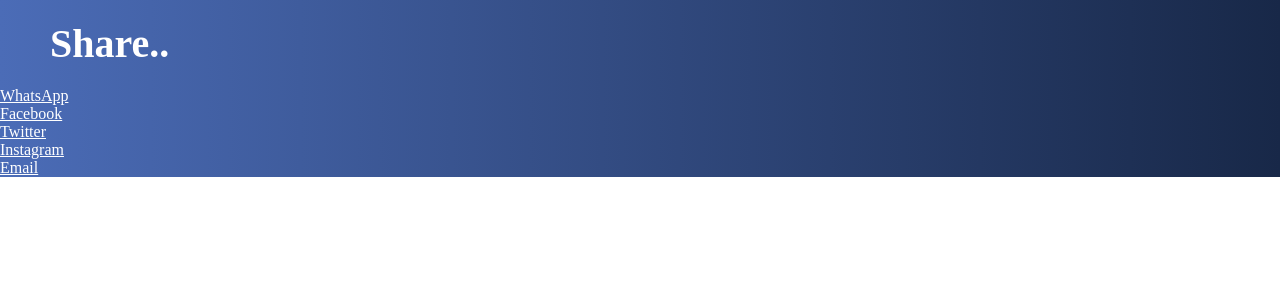
Repository: bhandarii7/TabX
Page: index.html
The author's editor kept a copy of each file at every save. The page is drawn from the files as they stood at one save, then again after the next save.
The browser window is 1280 px wide. The pictures show the whole page.

Above is the page before, as saved 2021-10-04 21:05:52.

After the next save:
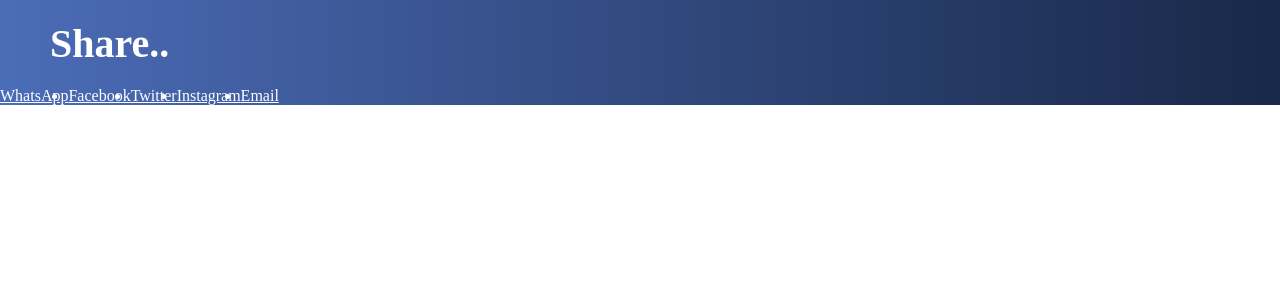
Saved 31 s later.
--- a/index.html
+++ b/index.html
@@ -9,8 +9,8 @@
 <body>
     <div class="box">
     <h1>Share..</h1>
-    <div class="button">
-        <ul>
+    <div >
+        <ul class="button">
             <li><a href="">WhatsApp</a></li>
             <li><a href="">Facebook</a></li>
             <li><a href="">Twitter</a></li>
